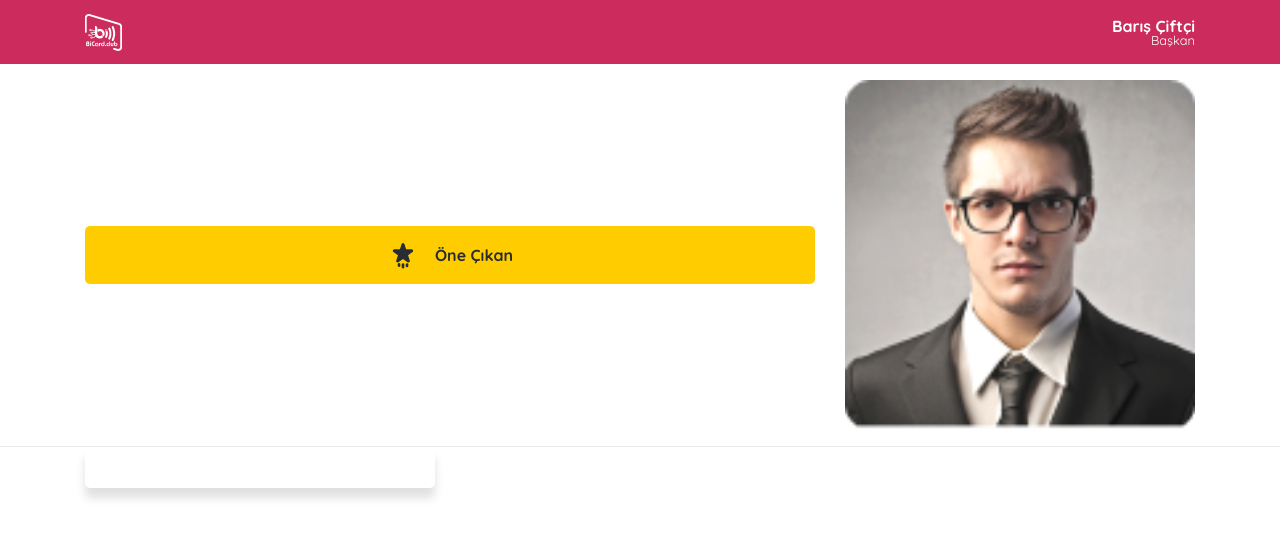
Repository: KayahanKahriman/bicard
Page: index.html
An editor plug-in stored every save of this project. The page is shown before and after the next save, followed by the edit.
The browser window is 1280 px wide. The pictures show the whole page.
The style sheet was rebuilt from its Sass, Less or Tailwind sources for each picture, by a compiler version that may differ from the author's.

Above is the page before, as saved 2021-12-01 12:14:05.

After the next save:
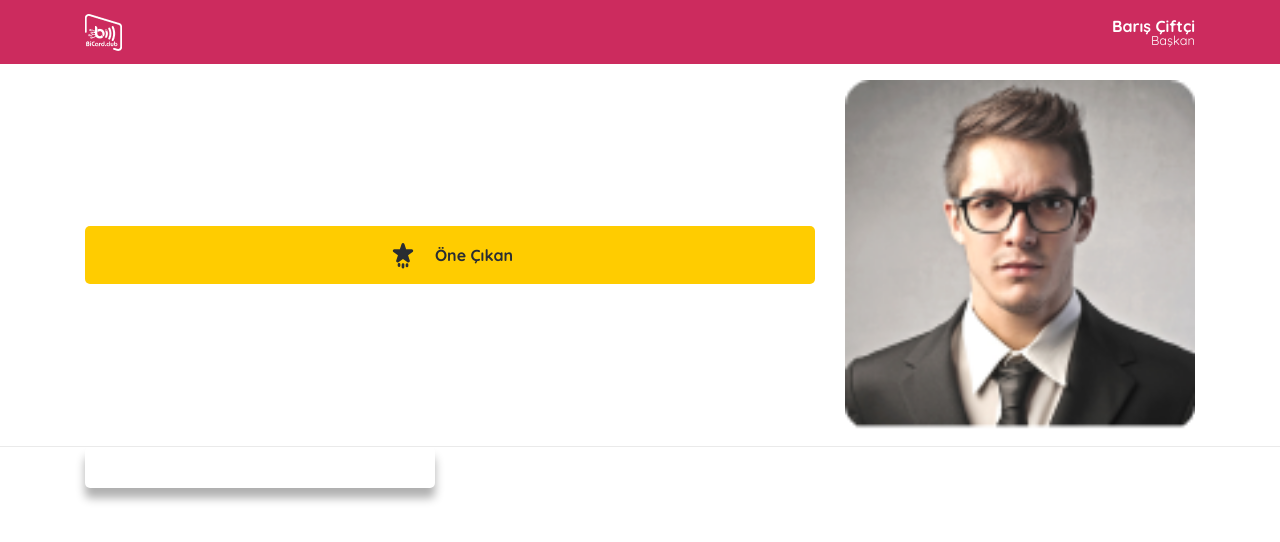
Saved 17 s later.
--- a/assets/scss/_main.scss
+++ b/assets/scss/_main.scss
@@ -98,7 +98,7 @@
 
 .icon-grid-item {
   border-radius: 5px;
-  box-shadow: 0 10px 10px #00000020;
+  box-shadow: 0 10px 10px #00000050;
   display: flex;
   align-items: center;
   justify-content: center;
